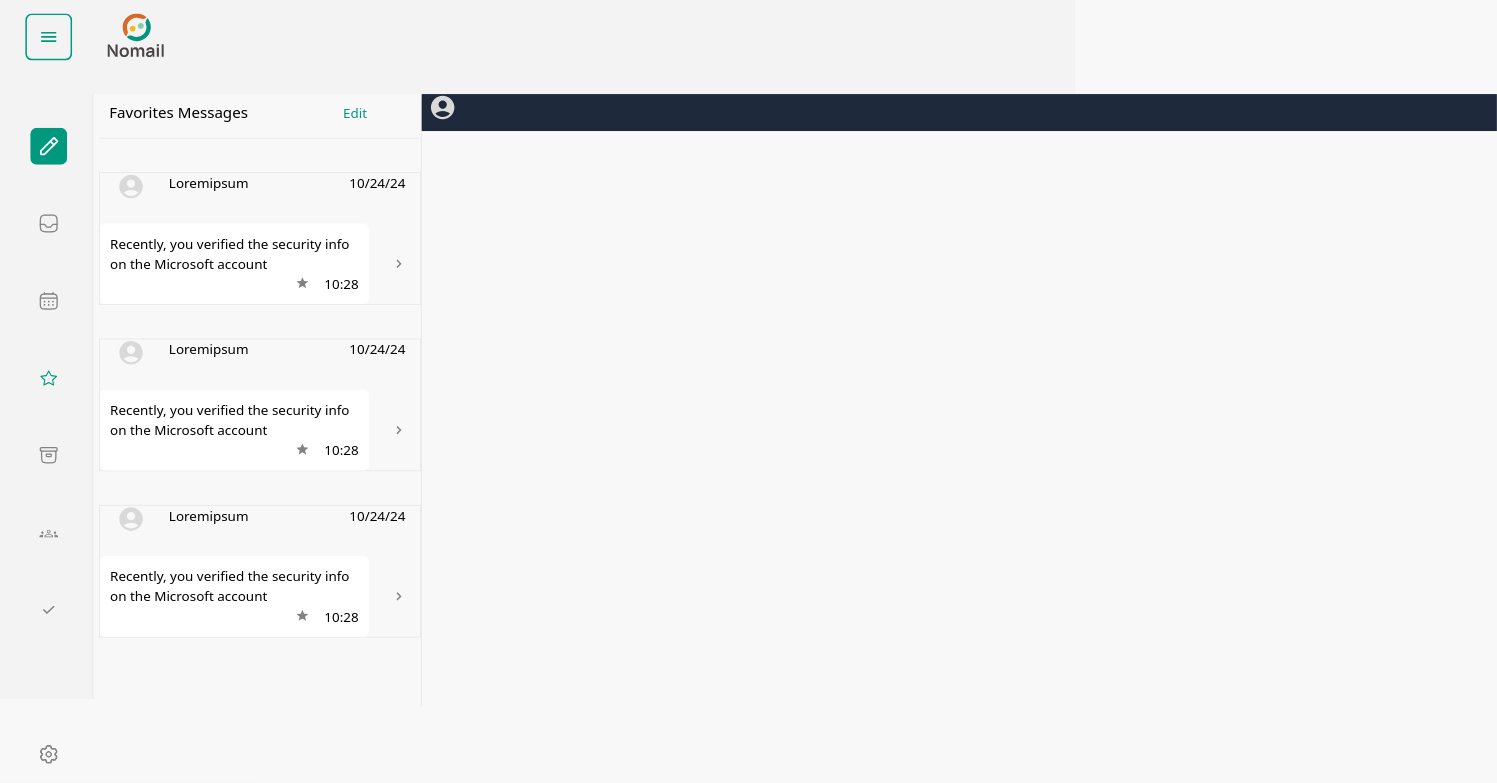
Repository: Tofigkh1/Nomail-Project
Page: /favorites (app in client/)
These files come from the project's save history. The page is drawn as it stood at one moment and after the next save; the edit follows.
The browser window is 1280 px wide. The page is 1782 px wide, so the pictures cover 1782 px, including what lies to the right of the window. The pictures show the whole page, at 84% of full size.
The project was rebuilt for these pictures with package versions that can differ from the ones it lists, and the page was loaded fresh each time. The framework's server and built-in components were replaced by stand-ins that run in the browser. Also part of the build but not shown: client/next.config.mjs, client/components/shared/svg/FavoritesSvg.jsx, client/components/shared/svg/calendarActiveSvg.jsx, client/components/shared/client/CheckBox/index.tsx.

Above is the page before, as saved 2024-11-22 02:55:55.

### client/app/layout.tsx

import type { Metadata } from "next";
import localFont from "next/font/local";
import "./Styles/globals.css";


const geistSans = localFont({
  src: "./fonts/GeistVF.woff",
  variable: "--font-geist-sans",
  weight: "100 900",
});
const geistMono = localFont({
  src: "./fonts/GeistMonoVF.woff",
  variable: "--font-geist-mono",
  weight: "100 900",
});

export const metadata: Metadata = {
  title: "Create Next App",
  description: "Generated by create next app",
};

export default function RootLayout({
  children,
}: Readonly<{
  children: React.ReactNode;
}>) {
  return (
    <html lang="en">
      <body
        className={`${geistSans.variable} ${geistMono.variable} antialiased`}
      >
        {children}

      </body>
    </html>
  );
}

### client/app/Styles/globals.css
@tailwind base;
@tailwind components;
@tailwind utilities;

body{
  background-color: #f8f8f8;
}

.App {
  font-family: sans-serif;
  text-align: center;
}


:root {
  --background: #ffffff;
  --foreground: #171717;
}

@media (prefers-color-scheme: dark) {
  :root {
    --background: #0a0a0a;
    --foreground: #ededed;
  }
}


@layer utilities {
  .text-balance {
    text-wrap: balance;
  }
}

### client/components/shared/client/Header/header.tsx
'use client';
import { useContext } from "react";
import { SidebarContext } from '../SideBarMenu/sideBarMenu'; // Import context
import NomailLogo from "@/components/shared/svg/headerlLogoSvg";
import HamburgerBtnSvg from "../../svg/hamburgerBtnSvg"



export default function Header() {

    const { expanded, setExpanded } = useContext(SidebarContext); // Access context

    return (
        <div className="flex items-center justify-between p-4 bg-headerColor text-white">
            <div className='w-auto h-20 flex gap-14'>

                <div>
                    <button onClick={() => setExpanded(!expanded)}
                            className="pl-3.5  hover:bg-clientButtonGreen w-14 h-11">
                        <HamburgerBtnSvg/>
                    </button>
                </div>

                <div>
                    <NomailLogo/>
                </div>


            </div>
        </div>
    );
}

### client/components/shared/client/SideBarMenu/sideBarMenu.tsx
'use client';
import React, {  useContext, ReactNode } from "react";
// import { ChevronFirst, ChevronLast } from "lucide-react";


export const SidebarContext = React.createContext<{ expanded: boolean; setExpanded: (expanded: boolean) => void; }>({
    expanded: false,
    setExpanded: () => {},
});

// Sidebar component now depends on context for state
export default function Sidebar({ children }: { children: ReactNode }) {
    const { expanded } = useContext(SidebarContext);

    return (
        <aside className="h-screen bg-headerColor">
            <nav
                className={`h-full flex flex-col bg-headerColor border-r border-whiteLight3 transition-all duration-200 ease-in-out ml-3 ${expanded ? "w-[127%] h-[130%] " : "w-[99px]"}`}>

                <ul className=" flex-1 px-3">{children}</ul>
            </nav>
        </aside>
    );
}

// SidebarItem component for individual items inside the sidebar
type SidebarItemProps = {
    icon: ReactNode;   // Icon to display in the sidebar item
    text: string;      // Text to display in the sidebar item
    active: boolean;   // Boolean to determine if the item is active (highlighted)
    onClick: () => void; // Add onClick function to handle clicks
    style?: React.CSSProperties;
};

export function SidebarItem({icon, text, active, onClick,style}: SidebarItemProps) {
    const context = useContext(SidebarContext); // Sidebar context to manage expanded/collapsed state
    const {expanded} = context!;

    return (

        <li
            onClick={onClick} // Attach the click handler here
            style={style}
            className={`group relative flex items-center py-2 px-3 my-1 font-medium rounded-md cursor-pointer transition-colors mt-8
                ${
                  active
                    ? "text-mainRedLight" // Active item style
                    : expanded || active // Eğer expanded true ise hover stilini ekle
                    ? "hover:bg-textColorGreen"
                    : "" // Expanded değilse hover stili olmasın
                }`}
        >

            <span className="text-xl transition-all duration-300 ease-in-out">
        {icon}
      </span>

            {/* Text büyütüldü ve boşluk artırıldı */}
            {expanded && (
                <span className="ml-4 text-xl text-black transition-all duration-300 ease-in-out ">
          {text}
        </span>
            )}


            {!expanded && (
                <span
                    className={` absolute left-full whitespace-nowrap bg-textColorGreen text-white rounded-md py-1 px-2 transition-all duration-300 ease-in-out ml-2 opacity-0 group-hover:opacity-100`}
                >
          {text}
        </span>
            )}
        </li>
    );
}

### client/components/shared/svg/newMail.jsx
'use client'
export default function  newMail(){
    return(
        <>
            <svg width="44" height="44" viewBox="0 0 44 44" fill="none" xmlns="http://www.w3.org/2000/svg">
                <rect width="44" height="44" rx="8" fill="#00987F"/>
                <path fill-rule="evenodd" clip-rule="evenodd"
                      d="M27.5115 11.2439C27.902 10.8534 28.5351 10.8534 28.9257 11.2438L33.1687 15.4863C33.3562 15.6739 33.4616 15.9282 33.4616 16.1935C33.4616 16.4587 33.3562 16.7131 33.1687 16.9006L17.6122 32.4571C17.4247 32.6446 17.1703 32.75 16.9051 32.75H12.6626C12.1103 32.75 11.6626 32.3023 11.6626 31.75V27.5075C11.6626 27.2423 11.768 26.9879 11.9555 26.8004L27.5115 11.2439ZM28.2187 13.3652L13.6626 27.9217V30.75H16.4909L31.0473 16.1935L28.2187 13.3652Z"
                      fill="white"/>
                <path fill-rule="evenodd" clip-rule="evenodd"
                      d="M23.269 15.4864C23.6595 15.0959 24.2927 15.0959 24.6832 15.4864L28.9257 19.7289C29.3162 20.1194 29.3162 20.7526 28.9257 21.1431C28.5352 21.5336 27.902 21.5336 27.5115 21.1431L23.269 16.9006C22.8784 16.5101 22.8784 15.8769 23.269 15.4864Z"
                      fill="white"/>
            </svg>


        </>
    )
}

### client/components/shared/svg/ArchiveSvg.jsx
'use client'
export default function archiveSvg(){
    return(
        <>
            <svg width="44" height="44" viewBox="0 0 44 44" fill="none" xmlns="http://www.w3.org/2000/svg">
                <path
                    d="M19 22C19 21.534 19 21.301 19.076 21.117C19.1777 20.8725 19.3723 20.6783 19.617 20.577C19.801 20.5 20.034 20.5 20.5 20.5H23.5C23.966 20.5 24.199 20.5 24.383 20.576C24.6275 20.6777 24.8217 20.8723 24.923 21.117C25 21.301 25 21.534 25 22C25 22.466 25 22.699 24.924 22.883C24.8223 23.1275 24.6277 23.3217 24.383 23.423C24.199 23.5 23.966 23.5 23.5 23.5H20.5C20.034 23.5 19.801 23.5 19.617 23.424C19.3725 23.3223 19.1783 23.1277 19.077 22.883C19 22.699 19 22.466 19 22Z"
                    stroke="#A4A4A9" stroke-width="1.5"/>
                <path
                    d="M19 22C19 21.534 19 21.301 19.076 21.117C19.1777 20.8725 19.3723 20.6783 19.617 20.577C19.801 20.5 20.034 20.5 20.5 20.5H23.5C23.966 20.5 24.199 20.5 24.383 20.576C24.6275 20.6777 24.8217 20.8723 24.923 21.117C25 21.301 25 21.534 25 22C25 22.466 25 22.699 24.924 22.883C24.8223 23.1275 24.6277 23.3217 24.383 23.423C24.199 23.5 23.966 23.5 23.5 23.5H20.5C20.034 23.5 19.801 23.5 19.617 23.424C19.3725 23.3223 19.1783 23.1277 19.077 22.883C19 22.699 19 22.466 19 22Z"
                    stroke="black" stroke-opacity="0.2" stroke-width="1.5"/>
                <path
                    d="M30.5 17V23C30.5 26.771 30.5 28.657 29.328 29.828C28.157 31 26.271 31 22.5 31H21.5C17.729 31 15.843 31 14.672 29.828C13.5 28.657 13.5 26.771 13.5 23V17"
                    stroke="#A4A4A9" stroke-width="1.5" stroke-linecap="round"/>
                <path
                    d="M30.5 17V23C30.5 26.771 30.5 28.657 29.328 29.828C28.157 31 26.271 31 22.5 31H21.5C17.729 31 15.843 31 14.672 29.828C13.5 28.657 13.5 26.771 13.5 23V17"
                    stroke="black" stroke-opacity="0.2" stroke-width="1.5" stroke-linecap="round"/>
                <path
                    d="M12 15C12 14.057 12 13.586 12.293 13.293C12.586 13 13.057 13 14 13H30C30.943 13 31.414 13 31.707 13.293C32 13.586 32 14.057 32 15C32 15.943 32 16.414 31.707 16.707C31.414 17 30.943 17 30 17H14C13.057 17 12.586 17 12.293 16.707C12 16.414 12 15.943 12 15Z"
                    stroke="#A4A4A9" stroke-width="1.5"/>
                <path
                    d="M12 15C12 14.057 12 13.586 12.293 13.293C12.586 13 13.057 13 14 13H30C30.943 13 31.414 13 31.707 13.293C32 13.586 32 14.057 32 15C32 15.943 32 16.414 31.707 16.707C31.414 17 30.943 17 30 17H14C13.057 17 12.586 17 12.293 16.707C12 16.414 12 15.943 12 15Z"
                    stroke="black" stroke-opacity="0.2" stroke-width="1.5"/>
            </svg>

        </>
    )
}

### client/components/shared/svg/TodoSvg.jsx
'use client'
export default function  todoSvg(){
    return(
        <>
            <svg width="44" height="44" viewBox="0 0 44 44" fill="none" xmlns="http://www.w3.org/2000/svg">
                <path d="M19.8957 27L15 22.2599L16.2239 21.0748L19.8957 24.6299L27.7761 17L29 18.185L19.8957 27Z"
                      fill="#A4A4A9"/>
                <path d="M19.8957 27L15 22.2599L16.2239 21.0748L19.8957 24.6299L27.7761 17L29 18.185L19.8957 27Z"
                      fill="black" fill-opacity="0.2"/>
            </svg>

        </>
    )
}

### client/components/shared/svg/FavoritesActiveSvg.jsx
'use client'
export default function  favoritesActiveSvg(){
    return(
        <>
        <svg width="44" height="44" viewBox="0 0 44 44" fill="none" xmlns="http://www.w3.org/2000/svg">
<path d="M15.5808 30.2201C15.4833 30.7528 16.0307 31.1692 16.5132 30.9316L22.0006 28.2246L27.4868 30.9316C27.9693 31.1692 28.5168 30.7528 28.4193 30.2213L27.3818 24.5457L31.7842 20.5188C32.1967 20.142 31.9842 19.4533 31.4317 19.3789L25.3093 18.5438L22.5794 13.3517C22.5274 13.2465 22.4453 13.1576 22.3428 13.0953C22.2402 13.0331 22.1214 13 22 13C21.8787 13 21.7598 13.0331 21.6573 13.0953C21.5547 13.1576 21.4727 13.2465 21.4206 13.3517L18.6907 18.545L12.5683 19.3801C12.0171 19.4545 11.8033 20.1432 12.2146 20.52L16.6182 24.5469L15.5808 30.2225V30.2201ZM21.7119 26.8999L17.1045 29.1725L17.972 24.4245C17.9928 24.3152 17.9852 24.2026 17.9496 24.0969C17.914 23.9911 17.8517 23.8955 17.7682 23.8185L14.1358 20.4948L19.2007 19.8037C19.3054 19.788 19.4046 19.7484 19.4901 19.6883C19.5756 19.6281 19.6448 19.5492 19.6919 19.4581L21.9981 15.0688L24.3068 19.4581C24.354 19.5492 24.4232 19.6281 24.5086 19.6883C24.5941 19.7484 24.6934 19.788 24.7981 19.8037L29.863 20.4936L26.2306 23.8173C26.1469 23.8944 26.0844 23.9903 26.0488 24.0962C26.0133 24.2022 26.0057 24.315 26.0268 24.4245L26.8943 29.1725L22.2869 26.8999C22.1979 26.8555 22.0991 26.8324 21.9988 26.8324C21.8985 26.8324 21.8009 26.8555 21.7119 26.8999Z" fill="#00987F"/>
</svg>



        </>
    )
}

### client/components/shared/client/FavoritesMessage/index.tsx
// import CheckboxComponent from "../CheckBox";
// import SearchIconSvg from "../../svg/SearchIconSvg";
import ProfileSvg from "../../../../components/shared/svg/ProfileSvg"
import MessageArrovSvg from "../../../../components/shared/svg/MessageArrovSvg"
import { useState } from "react";
import CheckboxComponent from "../CheckBox";
import StarSvg from "../../../../components/shared/svg/starSvg"


export default function FavoritesMessage() {
    const [editMode, setEditMode] = useState(false);

    const handleEditClick = () => {
        setEditMode(!editMode);
    };
    return (
        <>
            <div className='w-96 h-screen border-r border-whiteLight3 '>







                <div className='flex text-textColGreen font-medium justify-between mt-2'>
                <h1 className="text-black ml-3 text-lg">Favorites Messages</h1>
                <button className={ editMode? 'mr-12 bg-gray-400 rounded-lg w-16 h-8 text-white': 'mr-16' } onClick={handleEditClick}>
                            {editMode ? "Done" : "Edit"}
                        </button>
                </div>
                <div className="border-b border-whiteLight3 mt-4 w-full"></div>
                {[...Array(3)].map((_, index) => (
                        <div key={index}>
                <div className=" border border-r border-whiteLight3 mt-10">
                {editMode && <CheckboxComponent />}
                    <div className=" flex gap-36 ml-3">



                <div className=" flex gap-5">
                <ProfileSvg/>
                <div className=" flex">
                <h1>Lorem</h1>
                <h1>ipsum</h1>
                </div>


                </div>

                <div>
                <h1 className=" -ml-6">10/24/24</h1>
                </div>

                </div>


<div className=" mt-7 flex items-center ">
                <div className="  bg-white rounded-md w-80 h-24 p-3">
                    <p>Recently, you verified the security info on the Microsoft account </p>
                    <div className=" flex justify-end right-0 ml-7 gap-4">
                    <StarSvg/>
                    <h1>10:28</h1>
                    </div>



                </div>

                <div className="ml-5">
                    <MessageArrovSvg/>
                </div>

                </div>
                </div>
</div>
  ))}

                {/* <div className=" border border-whiteLight3 w-full pt-7 mt-5">

<div className=" flex gap-36 ml-3">



<div className=" flex gap-5">
<ProfileSvg/>
<h1>Lorem Ipsum</h1>

</div>

<div>
<h1 className="">10/24/24</h1>
</div>

</div>


<div className=" mt-7 flex items-center ">
<div className="  bg-white rounded-md w-80 h-24 p-3">
<p>Recently, you verified the security info on the Microsoft account </p>
</div>

<div className="ml-5">
<MessageArrovSvg/>
</div>

</div>
</div>


<div className=" border border-whiteLight3 w-full pt-7 mt-5">

<div className=" flex gap-36 ml-3">



<div className=" flex gap-5">
<ProfileSvg/>
<h1>Lorem Ipsum</h1>

</div>

<div>
<h1 className="">10/24/24</h1>
</div>

</div>


<div className=" mt-7 flex items-center ">
<div className="  bg-white rounded-md w-80 h-24 p-3">
<p>Recently, you verified the security info on the Microsoft account </p>
</div>

<div className="ml-5">
<MessageArrovSvg/>
</div>

</div>
</div> */}

            </div>
        </>
    );
}

### client/components/shared/client/messagesView/index.tsx
"use client";

import ProfileSvg from "../../svg/ProfileSvg";


export default function MessagesView() {



    return(

        <div>

        <header>
            <div className=" top-0 w-screen h-11 bg-slate-800">
                <ProfileSvg/>
            </div>
        </header>


        </div>

    )

}

### client/components/shared/svg/hamburgerBtnSvg.jsx
'use client'
export default function  HamburgerBtnSvg(){
    return(
        <>
            <svg width="56" height="56" viewBox="0 0 56 56" fill="none" xmlns="http://www.w3.org/2000/svg">
                <rect x="1" y="1" width="54" height="54" rx="7" stroke="#00987F" stroke-width="2"/>
                <path d="M19 22H37V24H19V22ZM19 27H37V29H19V27ZM19 32H37V34H19V32Z" fill="#00987F"/>
            </svg>


        </>
    )
}

### client/components/shared/svg/ProfileSvg.jsx
'use client'
export default function  ProfileSvg(){
    return(
        <>


            <svg width="50" height="32" viewBox="0 0 32 32" fill="none" xmlns="http://www.w3.org/2000/svg">
<g clip-path="url(#clip0_1904_19120)">
<path fill-rule="evenodd" clip-rule="evenodd" d="M16 2C8.2678 2 2 8.2678 2 16C2 23.7322 8.2678 30 16 30C23.7322 30 30 23.7322 30 16C30 8.2678 23.7322 2 16 2ZM11.1 12.5C11.1 11.8565 11.2267 11.2193 11.473 10.6249C11.7192 10.0304 12.0802 9.49018 12.5352 9.03518C12.9902 8.58017 13.5304 8.21924 14.1249 7.97299C14.7193 7.72674 15.3565 7.6 16 7.6C16.6435 7.6 17.2807 7.72674 17.8751 7.97299C18.4696 8.21924 19.0098 8.58017 19.4648 9.03518C19.9198 9.49018 20.2808 10.0304 20.527 10.6249C20.7733 11.2193 20.9 11.8565 20.9 12.5C20.9 13.7996 20.3838 15.0459 19.4648 15.9648C18.5459 16.8838 17.2996 17.4 16 17.4C14.7004 17.4 13.4541 16.8838 12.5352 15.9648C11.6162 15.0459 11.1 13.7996 11.1 12.5ZM24.7612 22.9776C23.7129 24.2955 22.3805 25.3597 20.8635 26.0908C19.3465 26.8219 17.684 27.2011 16 27.2C14.316 27.2011 12.6535 26.8219 11.1365 26.0908C9.61949 25.3597 8.28713 24.2955 7.2388 22.9776C9.5082 21.3494 12.605 20.2 16 20.2C19.395 20.2 22.4918 21.3494 24.7612 22.9776Z" fill="#D9D9D9"/>
</g>
<defs>
<clipPath id="clip0_1904_19120">
<rect width="32" height="32" fill="white"/>
</clipPath>
</defs>
</svg>


        </>
    )
}

### client/components/shared/svg/MessageArrovSvg.jsx
'use client'
export default function  MessageArrovSvg(){
    return(
        <>




            <svg width="32" height="32" viewBox="0 0 32 32" fill="none" xmlns="http://www.w3.org/2000/svg">
<path fill-rule="evenodd" clip-rule="evenodd" d="M14.2 11L19 16L14.2 21L13 19.75L16.6 16L13 12.25L14.2 11Z" fill="#A4A4A9"/>
<path fill-rule="evenodd" clip-rule="evenodd" d="M14.2 11L19 16L14.2 21L13 19.75L16.6 16L13 12.25L14.2 11Z" fill="black" fill-opacity="0.2"/>
</svg>

        </>
    )
}

### client/components/shared/svg/starSvg.jsx
'use client'
export default function  starSvg(){
    return(
        <>




<svg width="20" height="20" viewBox="0 0 20 20" fill="none" xmlns="http://www.w3.org/2000/svg">
<path d="M5.6775 17L6.815 12.1934L3 8.96053L8.04 8.53289L10 4L11.96 8.53289L17 8.96053L13.185 12.1934L14.3225 17L10 14.4513L5.6775 17Z" fill="#A4A4A9"/>
<path d="M5.6775 17L6.815 12.1934L3 8.96053L8.04 8.53289L10 4L11.96 8.53289L17 8.96053L13.185 12.1934L14.3225 17L10 14.4513L5.6775 17Z" fill="black" fill-opacity="0.2"/>
</svg>

        </>
    )
}

### client/tailwind.config.ts
import type { Config } from "tailwindcss";

const config: Config = {
  content: [
    "./pages/**/*.{js,ts,jsx,tsx,mdx}",
    "./components/**/*.{js,ts,jsx,tsx,mdx}",
    "./app/**/*.{js,ts,jsx,tsx,mdx}",
  ],
  theme: {
    extend: {
      colors: {
        background: "var(--background)",
        foreground: "var(--foreground)",
        headerColor: "#F3F3F3",
        textColorGreen: "#00987F",
        textGray: "#A4A4A9",
        sideBarColor: "#E5E5E5",
        textColGreen: "#00987F",
        bordersColor: "#D1D1D6"
      },
    },
  },
  plugins: [],
};
export default config;

Loaded but not shown: client/components/shared/svg/settingSvg.jsx (25 lines, source omitted); client/components/shared/svg/calendarSvg.jsx (31 lines, source omitted); client/components/shared/svg/InboxSvg.jsx (17 lines, source omitted); client/components/shared/svg/groupSvg.jsx (17 lines, source omitted); client/app/favorites/page.tsx (120 lines, source omitted); client/components/shared/svg/headerlLogoSvg.jsx (38 lines, source omitted)

After the next save:
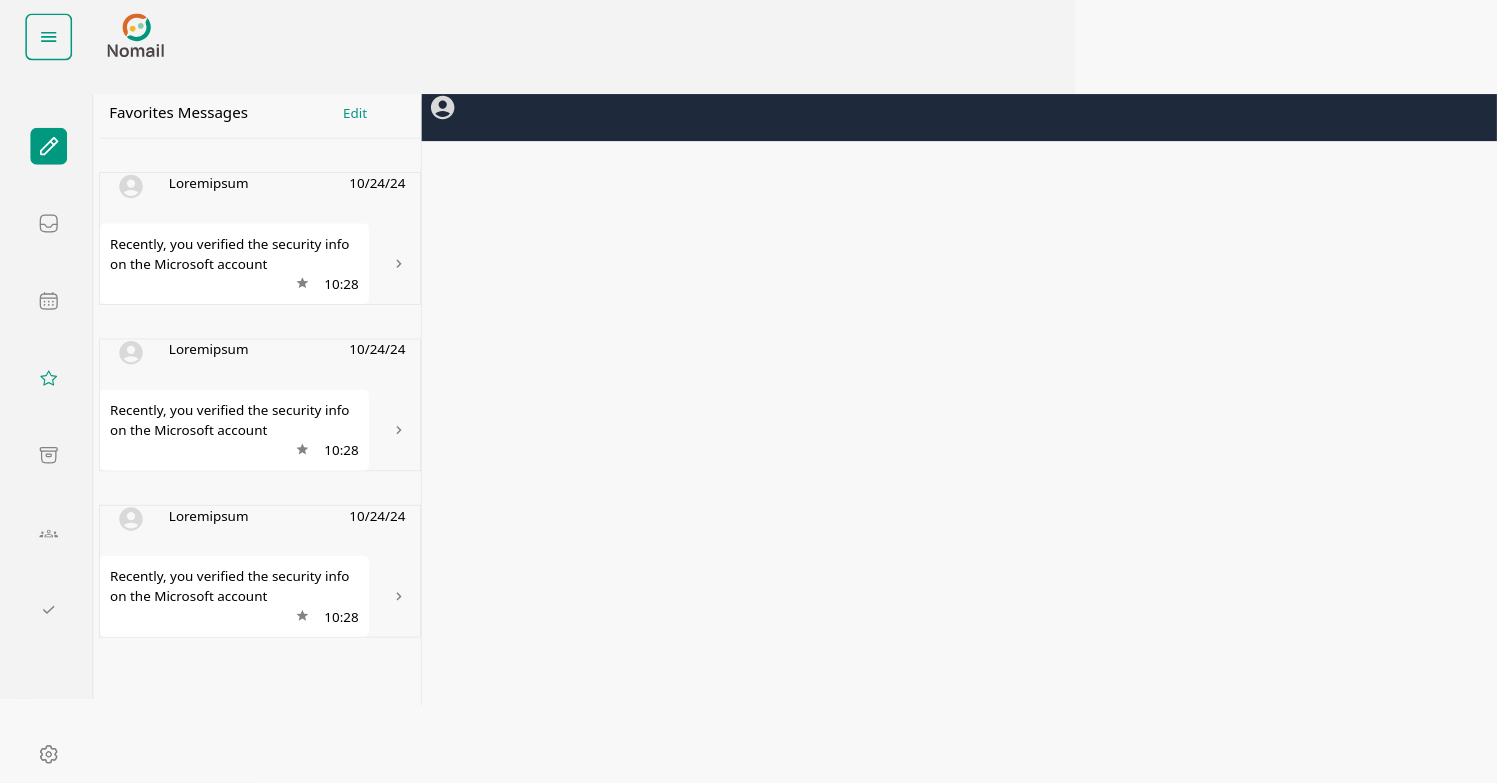
Saved 4 s later.
--- a/client/components/shared/client/messagesView/index.tsx
+++ b/client/components/shared/client/messagesView/index.tsx
@@ -12,7 +12,7 @@ export default function MessagesView() {
         <div>
 
         <header>
-            <div className=" top-0 w-screen h-11 bg-slate-800">
+            <div className=" top-0 w-screen h-14 bg-slate-800">
                 <ProfileSvg/>
             </div>
         </header>
